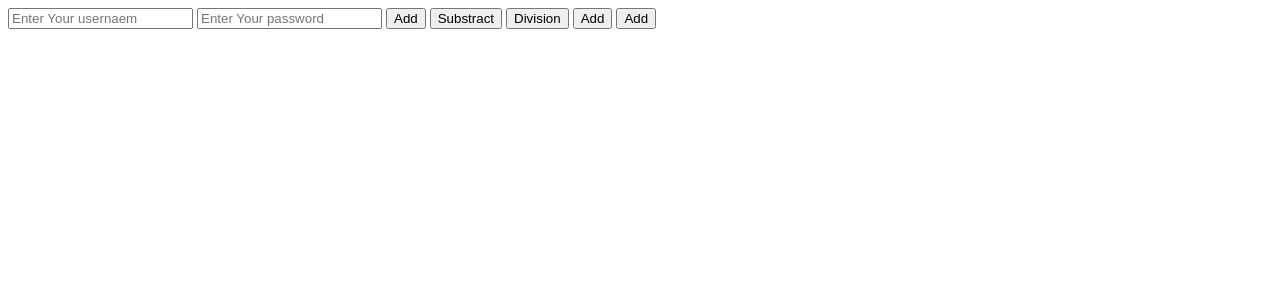
Repository: Rudra-Shiva74/JSP
Page: http://localhost/Check2/
An editor plug-in stored every save of this project. The page is shown before and after the next save, followed by the edit.
The browser window is 1280 px wide. The pictures show the whole page.
The page is served by Tomcat 10.

Above is the page before, as saved 2023-09-02 19:42:02.

After the next save:
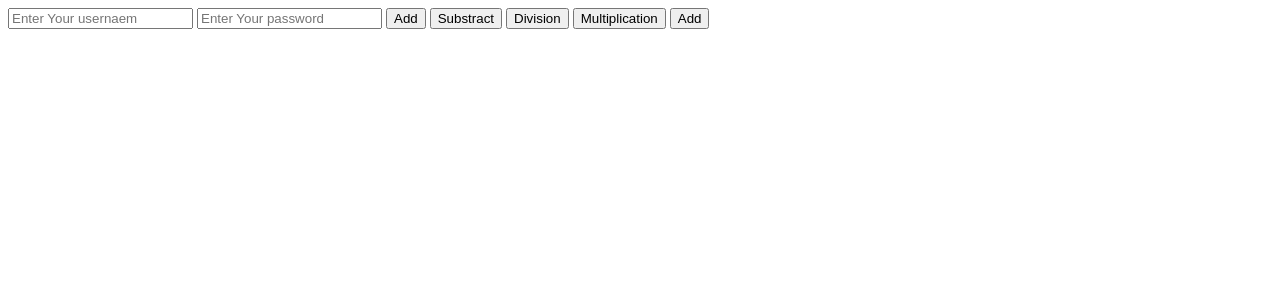
Saved 10 s later.
--- a/Check2/src/main/webapp/index.jsp
+++ b/Check2/src/main/webapp/index.jsp
@@ -13,7 +13,7 @@
 			name="password" /> <input type="submit" value="Add" name="action" />
 			<input type="submit" value="Substract" name="action" />
 			<input type="submit" value="Division" name="action" />
-			<input type="submit" value="Add" name="action" />
+			<input type="submit" value="Multiplication" name="action" />
 			<input type="submit" value="Add" name="action" />
 	</form>
 </body>
